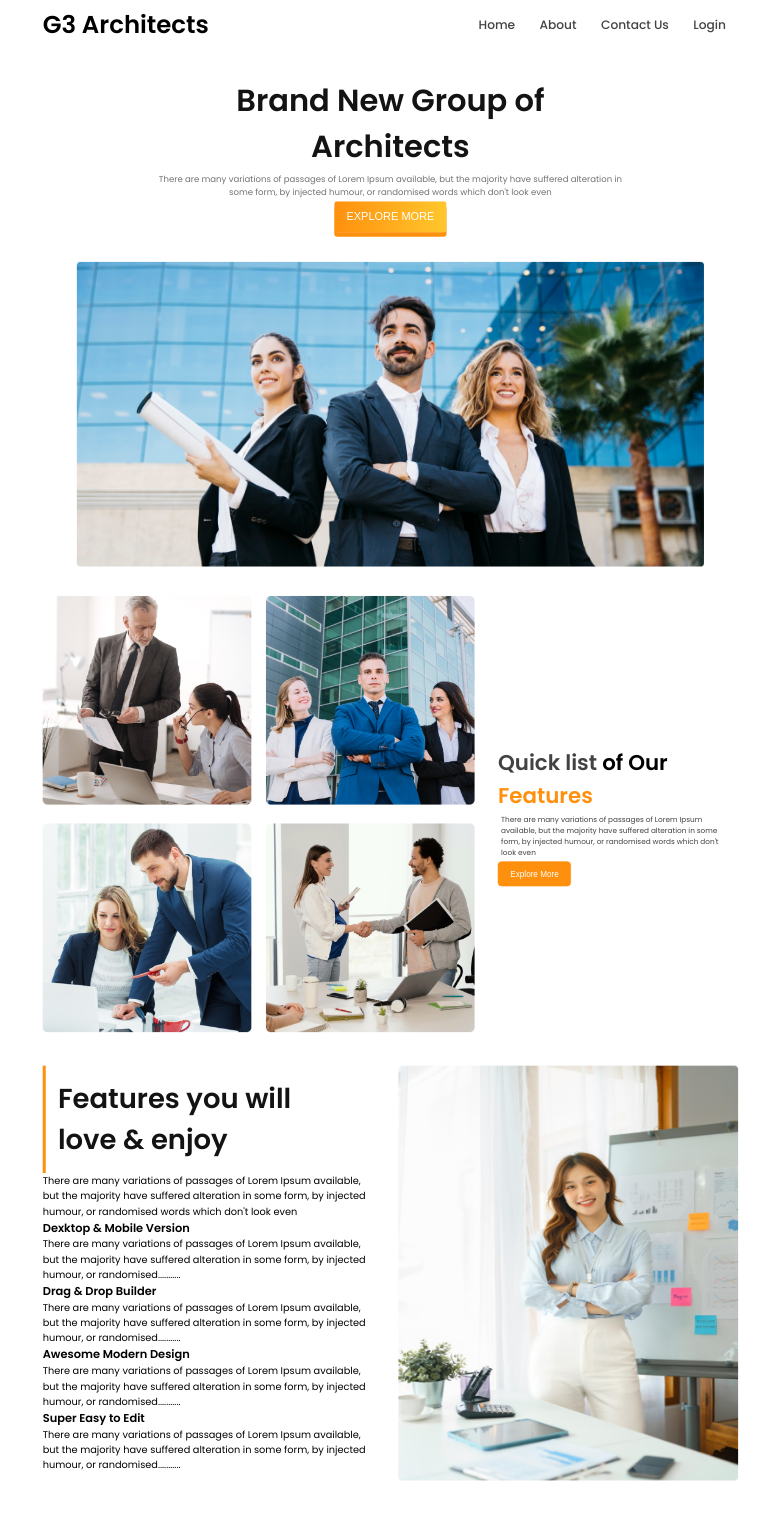
Repository: mdrubel02/G3_Architects
Page: index.html
An editor plug-in stored every save of this project. The page is shown before and after the next save, followed by the edit.
The browser window is 1280 px wide. The pictures show the whole page, at 61% of full size.

Above is the page before, as saved 2023-01-15 00:45:37.

### index.html
<!DOCTYPE html>
<html lang="en">

<head>
    <meta charset="UTF-8">
    <meta http-equiv="X-UA-Compatible" content="IE=edge">
    <meta name="viewport" content="width=device-width, initial-scale=1.0">
    <title>G3 Architects</title>
    <!-------- css link ---------->
    <link rel="stylesheet" href="/style.css">
</head>

<body>
    <!------------- Header section ----------->
    <header class="container">
        <nav>
            <div class="logo">
                <h2>G3 Architects</h2>
            </div>
            <ul class="navigation">
                <li><a href="">Home</a></li>
                <li><a href="">About</a></li>
                <li><a href="">Contact Us</a></li>
                <li><a href="">Login</a></li>
            </ul>
        </nav>
    </header>
    <!----------------- Banner section ---------------->
    <section class="container">
        <div class="banner_section">
            <div class="banner_left">
                <h1>Brand New Group of Architects
                </h1>
                <p>There are many variations of passages of Lorem Ipsum available, but the majority have suffered alteration in some form, by injected humour, or randomised words which don't look even</p>
                <button class="btn-primary">Explore More</button>
            </div>
            <div class="banner_right">
                <img class="banner" src="./images/banner.png" alt="">
            </div>
        </div>
    </section>
    <!------------------ Features Section----------->
    <section class="container">
        <div class="features_section">
            <div class="features_left">
                <div class="features_photos">
                    <img src="./images/team1.png" alt="">
                </div>
                <div class="features_photos">
                    <img src="./images/team2.png" alt="">
                </div>
                <div class="features_photos">
                    <img src="./images/team3.png" alt="">
                </div>
                <div class="features_photos">
                    <img src="./images/team4.png" alt="">
                </div>
            </div>
            <div class="features_right">
                <h1><span class="list">Quick list</span> <span class="our">of Our</span> <span class="feature">Features</span></h1>
                <p>There are many variations of passages of Lorem Ipsum available, but the majority have suffered alteration in some form, by injected humour, or randomised words which don't look even</p>
                <button class="btn btn-secondary">Explore More</button>
            </div>
        </div>
    </section>
    <!------------------features_destiny ----------->
    <section class="container">
        <div class="features_destiny">
            <div class="features_destiny_left">
                <div class="features_destiny_title">
                    <h1>Features you will love & enjoy</h1>
                </div>
                <p>There are many variations of passages of Lorem Ipsum available, but the majority have suffered alteration in some form, by injected humour, or randomised words which don't look even</p>
                <div class="feature_destiny_body">
                    <h3>Dexktop & Mobile Version</h3>
                    <p>There are many variations of passages of Lorem Ipsum available, but the majority have suffered alteration in some form, by injected humour, or randomised...........</p>
                    <h3>Drag & Drop Builder</h3>
                    <p>There are many variations of passages of Lorem Ipsum available, but the majority have suffered alteration in some form, by injected humour, or randomised...........</p>
                    <h3>Awesome Modern Design</h3>
                    <p>There are many variations of passages of Lorem Ipsum available, but the majority have suffered alteration in some form, by injected humour, or randomised...........</p>
                    <h3>Super Easy to Edit</h3>
                    <p>There are many variations of passages of Lorem Ipsum available, but the majority have suffered alteration in some form, by injected humour, or randomised...........</p>
                </div>

            </div>
            <div class="features_destiny_right">
                <img src="./images/architect.png" alt="">
            </div>
        </div>
    </section>
</body>

</html>

### style.css
/* =====GOOGLE FONTS====== */
@import url('https://fonts.googleapis.com/css2?family=Poppins:wght@300;400;500;600&display=swap');

/* =====COMMON STYLES====== */
* {
    margin: 0;
    padding: 0;
    border: 0;
    outline: 0;
    list-style: none;
    text-decoration: none;
}

body {
    font-family: 'Poppins', sans-serif;
}
.container {
    max-width: 1200px;
    margin: 0 auto;
    padding: 0 30px;
    margin-bottom: 3rem;
    box-sizing: border-box;
}

a {
    color: #fff;
    transition: all 400ms ease;
}

a:hover {
    color: #fff;
}

.btn {
    text-align: center;
    width: max-content;
    display: inline-block;
    color: #fff;
    padding: 0.75rem 1.2rem;
    border-radius: 0.4rem;
    border: 1px solid #FF900E;
    transition: all 400ms ease;
    cursor: pointer;
}
.btn-secondary {
    background: #FF900E;
    color: #fff;
}
.btn:hover {
    background: #fff;
    color:  #FF900E;
    border: 1px solid  #FF900E;
}

.btn-primary {
    outline: 0;
    border: 0;
    padding: 15px 20px;
    color: #fff;
    font-size: 18px;
    text-transform: uppercase;
    border-radius: 5px;
    background-image: linear-gradient(90deg, #FF900E, #FFC72C);
    cursor: pointer;
    box-shadow:0 7px 0 #FF900E ;
    position: relative;
    top: 0;
}
.btn-primary:active{
    top: 5px;
    box-shadow:0 2px 0 #FF900E ;
}
/*<=============== style header section=================> */
nav{
    display: flex;
    justify-content: space-between;
    height: 80px;
    align-items: center;
}
.navigation{
    display: flex;
}
.navigation li{
    list-style: none;
    margin: 10px;
}
.navigation li a{
    color: #424242;
    font-size: 20px;
    font-weight: 500;
    text-decoration: none;
    padding: 15px 10px;
}
.logo h2{
    font-size: 40px;
    font-weight: 700;
    /* text-align: center; */
}
/* <=============== banner section style ===============> */
.banner_section{
    display: flex;
    flex-direction: column;
    justify-content: center;
    align-items: center;
    gap: 3rem;
}
.banner_left{
    display: flex;
    flex-direction: column;
    justify-content: center;
    align-items: center;
    text-align: center;

}
.banner_left h1{
    font-size: 50px;
    font-weight: 700;
    color: #131313;
    width: 700px;
}
.banner_left p{
    color: #727272;
    font-size: 14px;
    width: 800px;
    text-align: center;
    padding: 5px;
}
.banner_right{
    width: 100%;
    display: flex;
    overflow: hidden;
    justify-content: center;
    align-items: center;
}
.banner{
    height: 500px;
}
/* ============== Style Feature section ============= */
.features_section{
    display: grid;
    grid-template-columns: 1fr 1fr;
    gap: 2.4rem;
}
.features_left{
    display: grid;
    grid-template-columns: repeat(2, 1fr);
    gap: 1.5rem;
}
.features_right{
    display: flex;
    flex-direction: column;
    justify-content: center;
    align-items: flex-start;
}
.features_right h1{
    font-size: 35px;
    font-weight: 700;
}
.features_right p{
    color: #424242;
    font-size: 12px;
    padding: 5px;
}
.list{
    color: #424242;
}
.feature{
    color: #FF900E;
}
/*============== Style features_destiny ============== */
.features_destiny{
    display: grid;
    grid-template-columns: repeat(2, 1fr);
    gap: 2rem;
}
.features_destiny_title{
    color: #131313;
    font-size: 30px;
    width: 450px;
    font-weight: 700;
    position: relative;
    border-left: 5px solid  #FF900E;
    padding: 20px;
}
.features_destiny_right{
    width: 80%;
}
.features_destiny_right img{
    width: 557px;
    height: 680px;
}

After the next save:
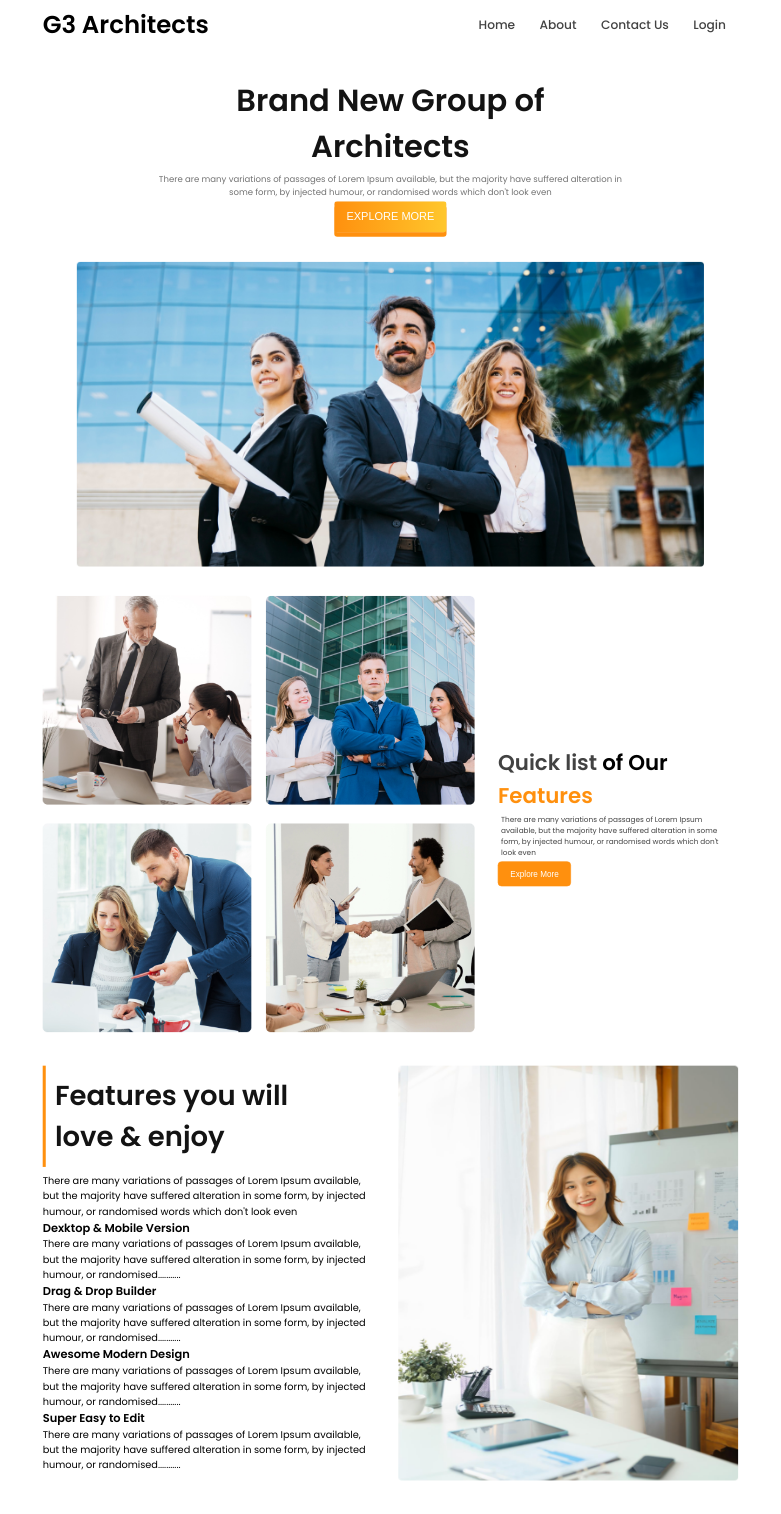
Saved 9 h 13 min later.
--- a/style.css
+++ b/style.css
@@ -180,7 +180,8 @@
     font-weight: 700;
     position: relative;
     border-left: 5px solid  #FF900E;
-    padding: 20px;
+    padding: 15px;
+    margin-bottom: 10px;
 }
 .features_destiny_right{
     width: 80%;
